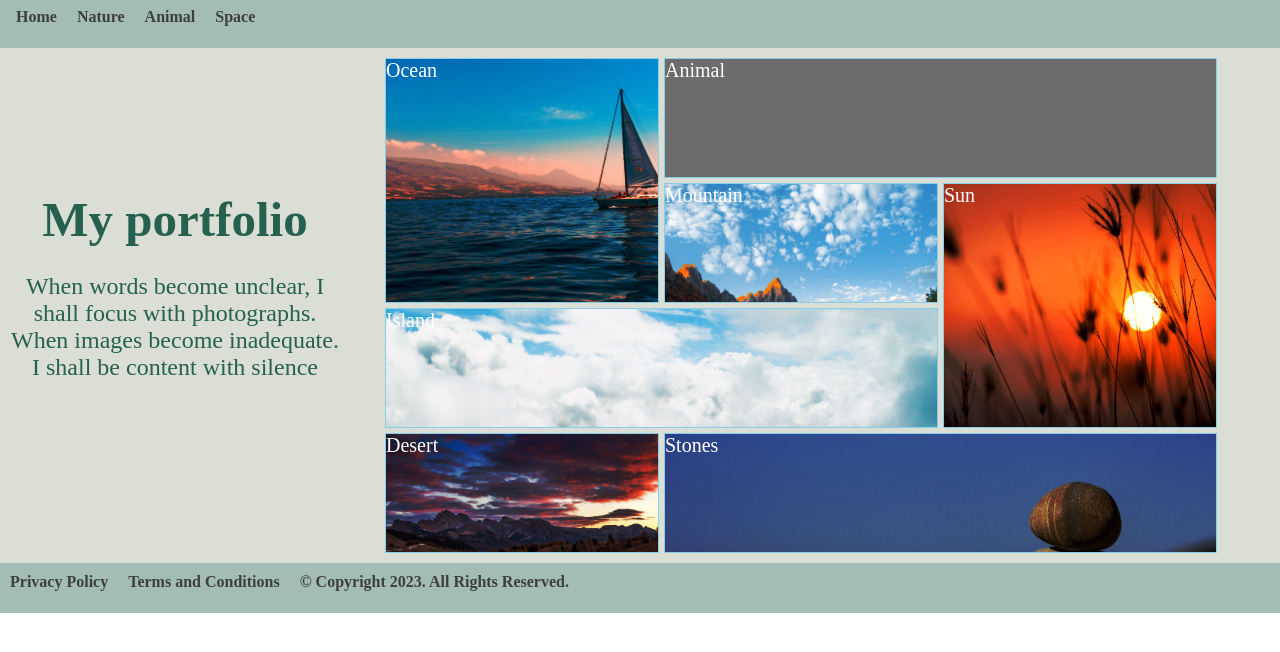
Repository: suraj-yadav7/03_Gallery_Portfolio
Page: index.html
An editor plug-in stored every save of this project. The page is shown before and after the next save, followed by the edit.
The browser window is 1280 px wide. The pictures show the whole page.
Pictures or frames that could not be fetched are drawn as grey boxes. Some web fonts or font styles are not loaded; a fallback is used.

Above is the page before, as saved 2023-02-14 22:09:20.

### index.html
<!DOCTYPE html>
<html lang="en">
<head>
    <meta charset="UTF-8">
    <meta http-equiv="X-UA-Compatible" content="IE=edge">
    <meta name="viewport" content="width=device-width, initial-scale=1.0">
    <title>Gallery</title>
    <link rel="stylesheet" href="style.css">
</head>
<body>
    <nav class="nav-section">
        <div class="nav-container">
        <ul class="nav-item flex">
            <li>    <a href="#">Home</a>   </li>
            <li>    <a href="#">Nature</a> </li>
            <li>    <a href="#">Animal</a> </li>
            <li>    <a href="#">Space</a> </li>
        </ul>
        </div>
    </nav>

        <div class="container flex">
            <div class="header-text">
                <h1 class="heading">My portfolio</h1>
                <p class="para">When words become unclear, I shall focus with photographs. When images become inadequate. I shall be content with silence</p>
            </div>
            <div class="gallery-layout">
                <div class="box" id="box1">Ocean</div>
                <div class="box" id="box2">Animal</div>
                <div class="box" id="box3">Mountain</div>
                <div class="box" id="box4">Sun</div>
                <div class="box" id="box5">Island</div>
                <div class="box" id="box6">Desert</div>
                <div class="box" id="box7">Stones</div>
            </div>
        </div>
        <footer>
            <div class="footer flex">
                <a>Privacy Policy</a>
                <a>Terms and Conditions</a>
                <a>© Copyright 2023. All Rights Reserved.</a>
            </div>
        </footer>
</body>
</html>

### style.css
@import url('https://fonts.googleapis.com/css2?family=Bodoni+Moda:ital,opsz@0,6..96;1,6..96&display=swap');

*{
    margin: 0;
    padding: 0;
    box-sizing: border-box;
}

:root{
    --primary-text-color: #1a0000;
    --secondary-text-color:  #33331a;
    --accent-color:  #cc99ff;
    --accent-dark-color: #4d88ff;
    --padding-inline-section: 20px;
}


/* Utility */


a{
    text-decoration: none;
    color: #3C403D;
}

.flex{
    display: flex;
    align-items: center;

}

/* Nav section */
.nav-container{
    background-color: #A3BCB6;
    padding: 1rem;
    font-family: 'Bodoni Moda', serif;
    font-size: 1rem;
    font-weight: bolder;
    height: 3rem;

}
.nav-item{
    gap: 20px;
    list-style: none;
    margin-top: -0.5rem;

}
a:hover{
    color:#fff;
}

/*main -section */
.container{
    background-color:  #DADED4;
    padding-block: 10px;
    gap: 35px;
    font-family: "bodoni modo" ;


}
.header-text{
    height: 250px;
   width: 350px;
    color: white;
    text-align: center;
    padding: 10px;

}
.heading{
    font-size: 49px;
    color:#266150;
}
.para{
    margin-top: 25px;
    font-size: 1.5rem;
    color:#266150;

}
.gallery-layout{
    display: grid;
    row-gap: 5px;
    column-gap: 5px;
    grid-template-columns: repeat(3, 1fr);
    grid-auto-rows: 120px;
    flex-basis: 65%;

}

.box{
    background-color: rgb(63, 60, 60);
    border: 1px solid skyblue;
    background-size: cover;
    background-position: top;
    background-blend-mode: hard-light;
    transition: all 1s ease-in-out;
    cursor: pointer;
    color: white;
    font-size: 20px;


}
.box:hover{
    background-color:rgb(210, 204, 204) ;
    background-position: center;

    box-shadow: 0 0 4px #fff;

}

#box1{
    grid-row: span 2;
    background-image: url("images/pexels-szelei-robert-1482193.jpg");


}

#box2{
    grid-column: span 2;
    background-image: url("images/pexels-dsd-1829979.jpg");

}
#box3{
    background-image: url("images/pexels-michael-block-3225517.jpg");

}

#box4{
    grid-row: span 2;
    background-image: url("images/pexels-darwis-alwan-1454752.jpg");
}

#box5{
    grid-column: span 2;
    background-image: url("images/pexels-michael-block-3225524.jpg");

}
#box6{
    background-image: url("images/pexels-michal-lizuch-2919720.jpg");

}

#box7{
    grid-column: span 2;
    background-image: url("images/pexels-pixabay-235990.jpg");

}


/* Footer */
footer{
    height: 50px;
    max-width: 100%;
    background-color:  #A3BCB6;
    font-family: 'Bodoni Moda', serif;
    font-size: 1rem;
    font-weight: bolder;
}
footer a{
margin:  10px;
color:#3C403D;

}
/* media queries for Mobile Responsiveness */

@media screen and (max-width: 1024px){

    .container{
        flex-direction: column;
        padding: 20px;
    }
    .box{
        grid-column: span 3;
        grid-row: span 1;

    }
.gallery-layout{
    margin-top:-20px;
    width: 100%;
    grid-auto-rows: 100px;
    padding-inline: 12px;
    row-gap: 10px;

}
#box2, #box5, #box7{
    grid-column: span 3;
}

}

After the next save:
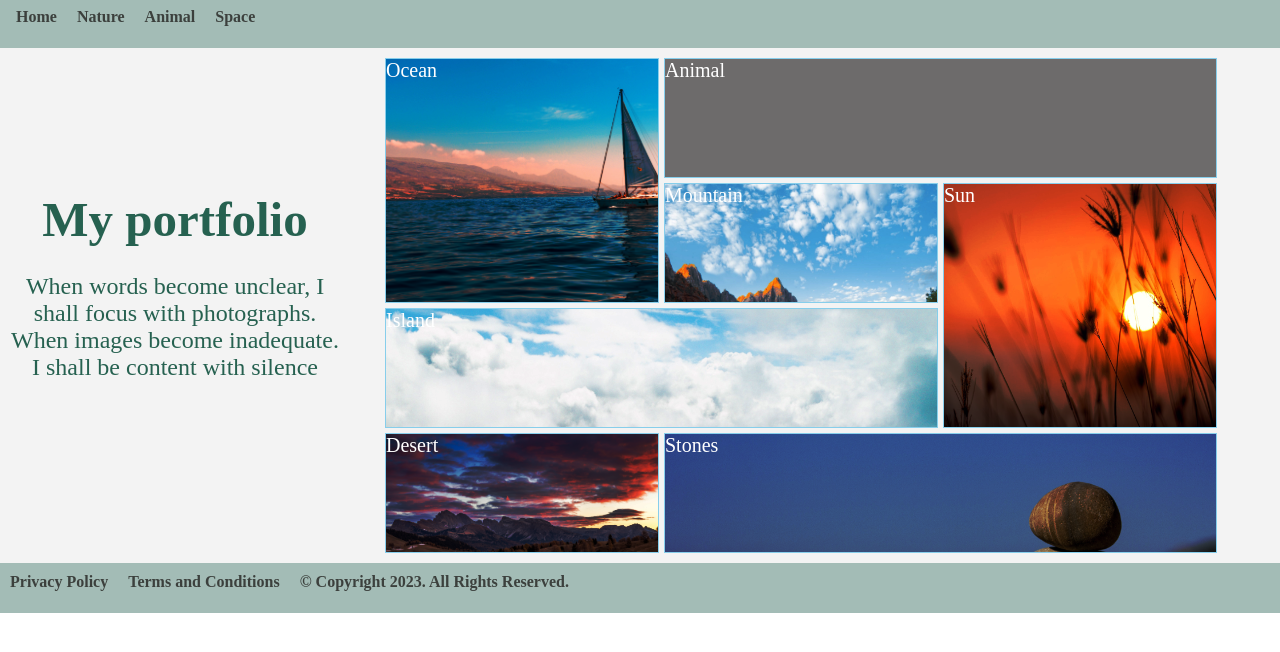
Saved 17 s later.
--- a/style.css
+++ b/style.css
@@ -51,7 +51,7 @@ a:hover{
 
 /*main -section */
 .container{
-    background-color:  #DADED4;
+    background-color: #F3F3F3 ;
     padding-block: 10px;
     gap: 35px;
     font-family: "bodoni modo" ;
